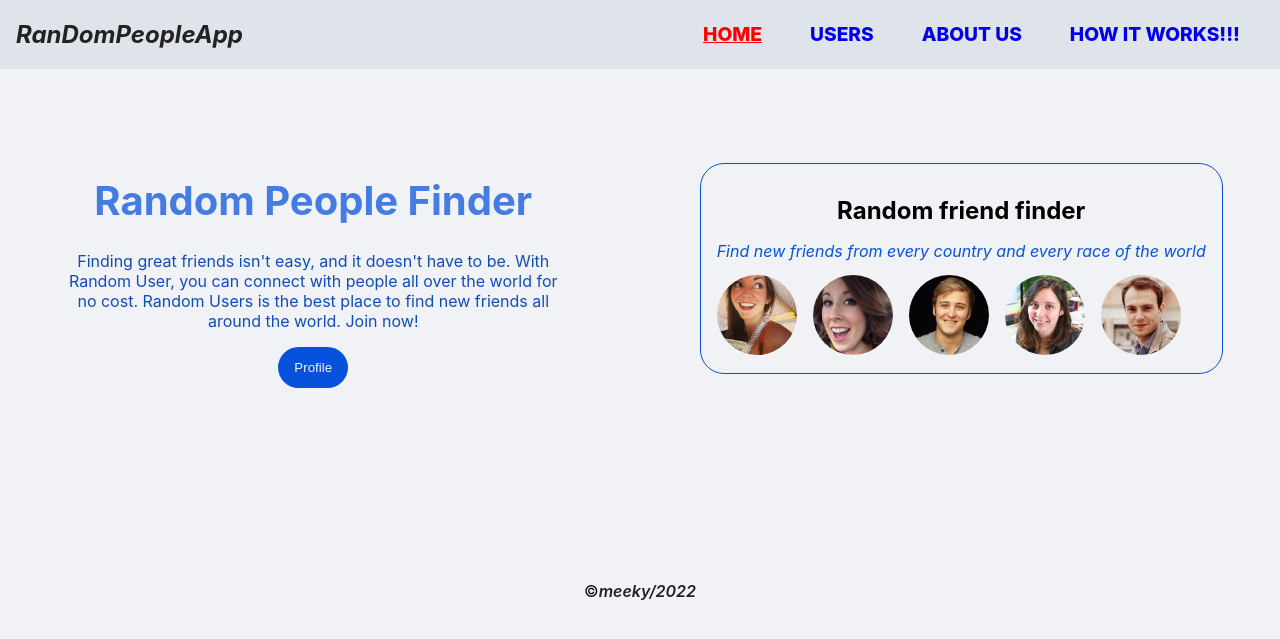
Repository: MikkyPrestige/RandomProfiles
Page: /
The author's editor kept a copy of each file at every save. The page is drawn from the files as they stood at one save, then again after the next save.
The browser window is 1280 px wide. The pictures show the whole page.
The project was rebuilt for these pictures with package versions that can differ from the ones it lists, and the page was loaded fresh each time. Some packages were replaced by stand-ins written for this rebuild. Also part of the build but not shown: src/components/users.jsx, src/assets/styles/search.css, src/components/search.jsx, src/assets/styles/help.css, src/components/help.jsx, src/assets/styles/about.css, src/components/about.jsx, src/assets/styles/error.css and 4 more.

Above is the page before, as saved 2022-11-28 05:55:54.

### public/index.html
<!DOCTYPE html>
<html lang="en">

<head>
  <meta charset="utf-8" />
  <link rel="icon" href="%PUBLIC_URL%/favicon.ico" />
  <meta name="viewport" content="width=device-width, initial-scale=1" />
  <meta name="theme-color" content="#000000" />
  <meta name="description" content="Web site created using create-react-app" />
  <link rel="apple-touch-icon" href="%PUBLIC_URL%/logo192.png" />
  <!--
      manifest.json provides metadata used when your web app is installed on a
      user's mobile device or desktop. See https://developers.google.com/web/fundamentals/web-app-manifest/
    -->
  <link rel="manifest" href="%PUBLIC_URL%/manifest.json" />
  <!--
      Notice the use of %PUBLIC_URL% in the tags above.
      It will be replaced with the URL of the `public` folder during the build.
      Only files inside the `public` folder can be referenced from the HTML.

      Unlike "/favicon.ico" or "favicon.ico", "%PUBLIC_URL%/favicon.ico" will
      work correctly both with client-side routing and a non-root public URL.
      Learn how to configure a non-root public URL by running `npm run build`.
    -->
  <title>AltSchool Assignment 2</title>
</head>

<body>
  <noscript>You need to enable JavaScript to run this app.</noscript>
  <div id="root"></div>
  <!--
      This HTML file is a template.
      If you open it directly in the browser, you will see an empty page.

      You can add webfonts, meta tags, or analytics to this file.
      The build step will place the bundled scripts into the <body> tag.

      To begin the development, run `npm start` or `yarn start`.
      To create a production bundle, use `npm run build` or `yarn build`.
    -->
</body>

</html>

### src/index.css
body {
  margin: 0;
  font-family: -apple-system, BlinkMacSystemFont, 'Segoe UI', 'Roboto', 'Oxygen',
    'Ubuntu', 'Cantarell', 'Fira Sans', 'Droid Sans', 'Helvetica Neue',
    sans-serif;
  -webkit-font-smoothing: antialiased;
  -moz-osx-font-smoothing: grayscale;
  background-color: #f1f2f6;
}

code {
  font-family: source-code-pro, Menlo, Monaco, Consolas, 'Courier New',
    monospace;
}

### src/App.jsx
import * as React from "react";
import { ErrorBoundary } from "react-error-boundary";
import { Route, Routes } from "react-router-dom";
import {
  Layout,
  Home,
  Users,
  Search,
  Help,
  About,
  Error,
  ErrorFallBack,
  Profile,
  Footer,
} from "./components";

const App = () => {
  return (
    <div className="App">
      <main>
        <ErrorBoundary FallbackComponent={ErrorFallBack}>
          <Layout />
          <Routes>
            <Route path="/" element={<Home />} />
            <Route path="users">
              <Route index element={<Users />} />
              <Route path=":id" element={<Search />} />
            </Route>
            <Route path="profile" element={<Profile />} />
            <Route path="help" element={<Help />} />
            <Route path="about" element={<About />} />
            <Route path="*" element={<Error />} />
          </Routes>
        </ErrorBoundary>
        <Footer />
      </main>
    </div>
  );
};

export default App;

### src/components/index.js
export { default as Layout } from "./layout";
export { default as Home } from "./home";
export { default as Users } from "./users";
export { default as Search } from "./search";
export { default as Help } from "./help";
export { default as About } from "./about";
export { default as Error } from "./error";
export { default as ErrorFallBack } from "./errorFallback";
export { default as Profile } from "./profile";
export { Footer } from "./avatar";

### src/components/layout.jsx
// LAYOUT COMPONENT - This component is for the App Layout that displays the Navigation bar in the app UI to the user when app is open

import { NavLink } from "react-router-dom";
import "../assets/styles/layout.css";

const CustomNavLink = ({ to, ...props }) => {
  let activeStyle = {
    textDecoration: 'underline',
    color: 'red',
  };

  return (
    <NavLink
      style={({ isActive }) =>
        isActive ? activeStyle : { textDecoration: 'none' }
      }
      to={to}
      end
      {...props}
    />
  );
};


const Layout = () => {

  return (
    <nav className="layout">
      <div className="app-header">
        <h1>RanDomPeopleApp</h1>
      </div>
      <div className="nav__items">
        <CustomNavLink to="/" className="nav__item">Home</CustomNavLink>
        <CustomNavLink to="users" className="nav__item">Users</CustomNavLink>
        <CustomNavLink to="about" className="nav__item">About us</CustomNavLink>
        <CustomNavLink to="help" className="nav__item">How it works!!!</CustomNavLink>
      </div>
    </nav>
  );
}

export default Layout;

### src/components/home.jsx
// HOME COMPONENT - This component is the Home section of the app that displays app Home page on load and when the 'HOME' button in the header is clicked

import { useNavigate } from "react-router-dom";
import "../assets/styles/home.css";
import { Avatar } from "./avatar";
import FirstFemale from "../assets/img/female-1.jpg";
import SecondFemale from "../assets/img/female-2.jpg";
import ThirdFemale from "../assets/img/female-3.jpg";
import FirstMale from "../assets/img/male-1.jpg";
import SecondMale from "../assets/img/male-2.jpg";

const Home = () => {
  const navigate = useNavigate();
  const getStarted = () => {
    navigate("/profile"); // Redirect the user to the users component when the get started button is clicked
  };

  return (
    <div className="home">
      <div className="home__container">
        <div className="desc">
          <h1 className="desc__heading">Random people finder</h1>
          <p className="desc__paragraph">
            Finding great friends isn't easy, and it doesn't have to be. With
            Random User, you can connect with people all over the world for no
            cost. Random Users is the best place to find new friends all around
            the world. Join now!
          </p>
          <button onClick={getStarted} className="desc__cta">
            Profile
          </button>
        </div>
        <div className="home__wrapper">
          <h2 className="home__heading">Random friend finder</h2>
          <p className="home__text">
            Find new friends from every country and every race of the world
          </p>
          <div className="home__img">
            <Avatar image={FirstFemale} alt="Female One" />
            <Avatar image={SecondFemale} alt="Female Two" />
            <Avatar image={FirstMale} alt="Male One" />
            <Avatar image={ThirdFemale} alt="Female Three" />
            <Avatar image={SecondMale} alt="Male Two" />
          </div>
        </div>
      </div>
    </div>
  );
};

export default Home;

### src/components/avatar.jsx
// AVATAR COMPONENT - This component is for the Images used in the app.

import "../assets/styles/layout.css";

export const Avatar = ({ image = "", alt = "", style = { width: '5rem', height: '5rem', borderRadius: '50%' } }) => {
  return (
    <div className="avatar">
      <img src={image} alt={alt} style={style} />
    </div>
  );
}


// FOOTER COMPONENT - for the attribution

export const Footer = () => {
  return (
    <div className="attribution">
      <footer>&copy;<a href="https://github.com/MeekyBerry" target="_blank" rel="noreferrer" className="footer">meeky/2022</a></footer>
    </div>
  )
}

### src/assets/styles/layout.css
.layout {
  background-color: #dfe4ea;
  padding: 0rem 1rem;
  color: #222;
  display: flex;
  align-items: center;
  justify-content: space-between;
}

.app-header {
  font-style: italic;
}

.nav__items {
  display: flex;
  align-items: center;
  list-style: none;
  flex-wrap: wrap;
}

.nav__item {
  font-size: 1.2rem;
  font-weight: 800;
  padding: 1rem 1.5rem;
  text-transform: uppercase;
}

.attribution {
  text-align: center;
}

.footer {
  color: #222;
  text-decoration: none;
  cursor: pointer;
  font-style: italic;
  font-weight: 600;
}

### src/assets/styles/home.css
.home {
  height: 60vh;
  width: 100%;
  margin-top: 5rem;
  text-align: center;
}

.home__container {
  display: flex;
  justify-content: space-around;
  align-items: center;
  gap: 1rem;
}

.desc {
  width: 40%;
}

.desc__heading {
  font-size: 2.5rem;
  color: #0651ddbb;
  text-transform: capitalize;
}

.desc__paragraph {
  font-size: 1rem;
  color: #0f4cbe;
}

.desc__cta {
  background-color: #0652dd;
  color: #f1f2f6;
  padding: 0.8rem 1rem;
  border: none;
  border-radius: 1.5rem;
}

.desc__cta:hover {
  background-color: #0f4cbe;
}

.home__wrapper {
  border: 1px solid #0652dd;
  border-radius: 1.5rem;
  line-height: 1;
  padding: 1rem;
  height: min-content;
}

.home__text {
  font-style: italic;
  color: #0652dd;
}

.home__img {
  display: flex;
  align-items: center;
  gap: 1rem;
}

### src/assets/styles/users.css
.users {
  background-color: #fff;
  border: 1px solid #ccc;
  border-radius: 0.5rem;
  padding: 1rem;
  margin: 1rem;
}

.users__heading {
  text-align: center;
  text-transform: uppercase;
  font-size: 1.5rem;
  font-weight: bold;
  margin-bottom: 1rem;
}

/* TOP BUTTON  */
.top__btn {
  display: flex;
  justify-content: space-between;
  align-items: center;
  margin-bottom: 1rem;
}

.cta {
  background-color: #fff;
  border: 1px solid #ccc;
  border-radius: 1rem;
  padding: 0.5rem;
  margin: 1rem;
  font-size: 1rem;
  font-weight: bold;
  cursor: pointer;
}

.page__num {
  background-color: #7fffd4;
  color: #fff;
  border: none;
  border-radius: 50%;
  padding: 0.5rem;
  font-size: 1.5rem;
  font-weight: bold;
  cursor: pointer;
}

.users__list {
  list-style: none;
  padding: 2rem;
  margin: 1rem auto;
  width: 85%;
  display: grid;
  grid-template-columns: repeat(3, minmax(200px, 1fr));
  grid-gap: 3rem;
}

.user__items {
  padding: 1rem;
  border-bottom: 1px solid #ccc;
}

.user__item {
  background-color: #fff;
  border: 1px solid #ccc;
  border-radius: 0.5rem;
  padding: 1rem;
}

.user__img {
  width: 80%;
  border-radius: 10%;
  margin-left: 1rem;
}

/* BUTTON BELOW */
.bottom__btn {
  display: flex;
  justify-content: center;
  align-items: center;
}

.btn {
  background-color: #1e90ff;
  color: #f1f2f6;
  border: none;
  border-radius: 1rem;
  padding: 0.5rem 1rem;
  margin: 1rem;
  font-size: 1rem;
  font-weight: bold;
  cursor: pointer;
}

.active:hover {
  background-color: #ced6e0;
  color: #1e90ff;
}

.active:active {
  background-color: #70a1ff;
  color: #ced6e0;
}

.btn__array {
  padding: 0.5rem;
  margin: 0.5rem;
  font-size: 1rem;
  font-weight: bold;
  border-radius: 0.5rem;
  border: none;
  cursor: pointer;
}

.pagination {
  text-align: center;
}

.search__box {
  display: flex;
  justify-content: center;
  align-items: center;
}

.search__link {
  background-color: #fff;
  border: 1px solid #ccc;
  color: #1e90ff;
  border-radius: 1rem;
  width: 18rem;
  padding: 0.5rem;
  margin: 1rem;
  font-size: 1rem;
  font-weight: bold;
  cursor: pointer;
  text-align: center;
  text-decoration: none;
  animation: search 1s ease-in-out infinite;
}

.search__link:hover {
  background-color: #1e90ff;
  color: #fff;
  animation: none;
}

.search__link:active {
  background-color: #70a1ff;
  color: #fff;
  animation: none;
}

@keyframes search {
  0% {
    transform: scale(1);
  }
  50% {
    transform: scale(1.2);
  }
  100% {
    transform: scale(1);
  }
}

Loaded but not shown: src/index.js (common file)

After the next save:
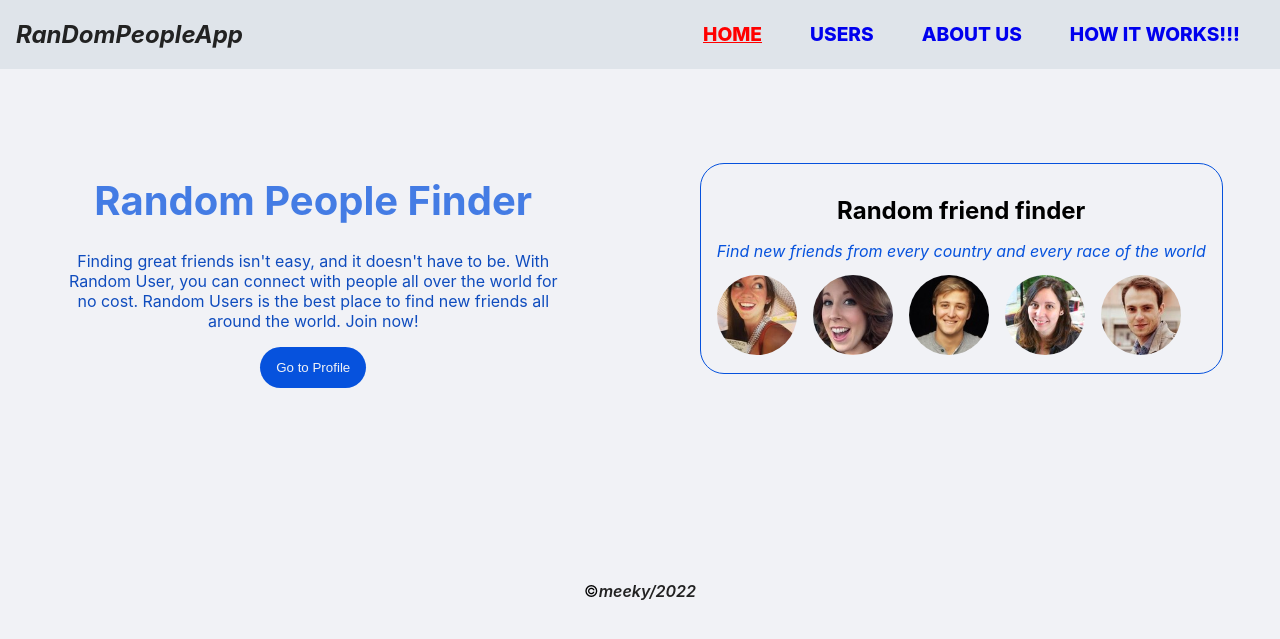
Saved 36 s later.
--- a/src/components/home.jsx
+++ b/src/components/home.jsx
@@ -27,7 +27,7 @@ const Home = () => {
             the world. Join now!
           </p>
           <button onClick={getStarted} className="desc__cta">
-            Profile
+            Go to Profile
           </button>
         </div>
         <div className="home__wrapper">
